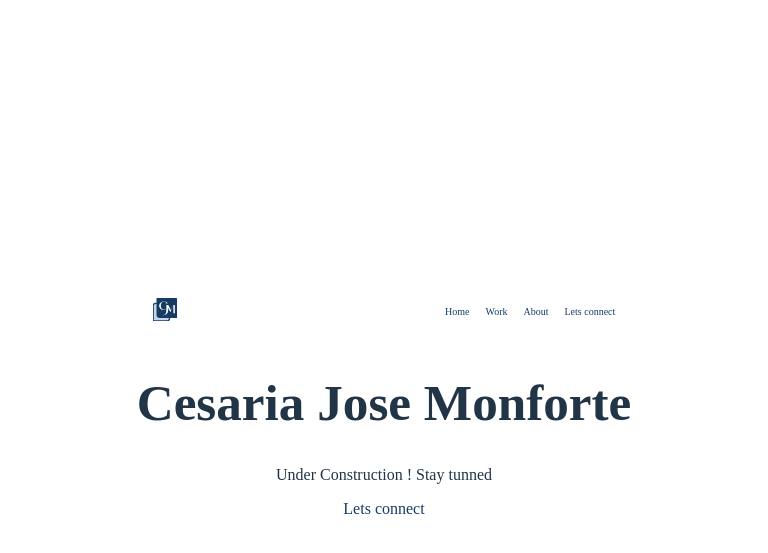
Repository: CesariaMonforte/cesariamonforte
Page: /
An editor plug-in stored every save of this project. The page is shown before and after the next save, followed by the edit.
The browser window is 768 px wide. The pictures show the whole page.
The project was rebuilt for these pictures with package versions that can differ from the ones it lists, and the page was loaded fresh each time. Also part of the build but not shown: vite.config.js.

Above is the page before, as saved 2026-01-25 10:43:35.

### index.html
<!doctype html>
<html lang="en">
  <head>
    <meta charset="UTF-8" />
    <link rel="icon" type="image/svg+xml" href="/Logo.svg" />
    <meta name="viewport" content="width=device-width, initial-scale=1.0" />
    <title>cesariamonforte</title>
  </head>
  <body>
    <div id="root"></div>
    <script type="module" src="/src/main.jsx"></script>
  </body>
</html>

### src/index.css


a {
    font-weight: 500;
    color:  #163C66;
    text-decoration: inherit;
}
a:hover {
    color: #535bf2;
}

body {
    margin: 0;
    display: flex;
    place-items: center;
    min-width: 320px;
    min-height: 100vh;
}

h1 {
    font-size: 3.2em;
    line-height: 1.1;
}

button {
    border-radius: 8px;
    border: 1px solid transparent;
    padding: 0.6em 1.2em;
    font-size: 1em;
    font-weight: 500;
    font-family: inherit;
    background-color: #1a1a1a;
    cursor: pointer;
    transition: border-color 0.25s;
}
button:hover {
    border-color: #646cff;
}
button:focus,
button:focus-visible {
    outline: 4px auto -webkit-focus-ring-color;
}

@media (prefers-color-scheme: light) {
    :root {
        color: #213547;
        background-color: #ffffff;
    }
    a:hover {
        color: #747bff;
    }
    button {
        background-color: #f9f9f9;
    }
}


/* ------------------------------------------------------ VARIABLES ------------------------------------------------------ */
:root {
    /* ----- COLORS ----- */
    --primary-50: #EBF4FE;
    --primary-100: #C0DDFB;
    --primary-200: #A2CCF9;
    --primary-300: #78B5F7;
    --primary-400: #5DA6F5;
    --primary-500: #3590F3;
    --primary-600: #3083DD;
    --primary-700: #2666AD;
    --primary-800: #1D4F86;
    --primary-900: #163C66;

    --secondary-500: #aadc66;
    --secondary-100: #e5f4d0;
    --secondary-700: #799c48;
    /* -- neutral colors -- */

    --bege-500: #fdf7eb;
    --white: #ffffff;
    --black-500: #060606;
    --black-400: #383838;
    --black-300: #585858;
    --black-200: #8c8c8c;
    --black-100: #b2b2b2;
    --black-50: #e6e6e6;

    /* -- warn colors -- */

    --yellow-500: #ffbf00;
    --orange-500: #ff6600;
    --red-500: #ff2f3d;

    /* ----- TYPE ----- */
    --font-family: "Bricolage Grotesque", sans-serif;

    --font-size-extra-large: 88px;
    --font-size-large: 30px;
    --font-size-extra-medium: 24px;
    --font-size-medium: 20px;
    --font-size-regular: 16px;
    --font-size-small: 12px;
    --font-size-extra-small: 10px;

    --font-style-normal: normal;
    --font-weight-bold: bold;

    --line-height-xxlarge: 100px;
    --line-height-large: 36px;
    --line-height-medium: 28px;
    --line-height-small: 20px;

    /* ----- SPACING ----- */
    --space-extra-small: 4px;
    --space-small: 8px;
    --space-regular: 16px;
    --space-medium: 32px;
    --space-large: 48px;
    --space-extra-large: 140px;
}

### src/App.jsx
import { useState } from "react";
import "./App.css";
import NavBar from "./_ui/NavBar/NavBar";

function App() {
    return (
        <>
        <NavBar />

            <div>
                <h1>Cesaria Jose Monforte</h1>
                <p>Under Construction ! Stay tunned</p>
            </div>

            <a
                href='https://www.linkedin.com/in/cesariamonforte/'
                target='_blank'
                rel='noopener noreferrer'>
                Lets connect
            </a>
        </>
    );
}

export default App;

### src/_ui/NavBar/NavBar.jsx
import styles from "./NavBar.module.css";

function NavBar({
}) {

    return (
        <div className={styles.navbar}>

            <div >
            <img src="/Logo.svg" alt="logo" className={styles.logo}/>
            </div>

            <div className={styles.navLinks}>
                <a href="/">Home</a>
                <a href="/">Work</a>
                <a href="/">About</a>
                <div>
                Lets connect
                </div>
            </div>

        </div>

    );
}
export default NavBar;

### src/_ui/NavBar/NavBar.module.css
@media (max-width: 500px) {
    .navbar {
        display: flex;
        flex-direction: row;
        justify-content: space-between;
        align-items: center;
        padding: 1rem;
        background-color: var(--white);
    }
    .navLinks {
        display: flex;
        flex-direction: row;
        justify-content: space-between;
        align-items: center;
        color: var(--primary-900);
        gap: 1rem;
        font-size: var(--font-size-extra-small);
    }
    .logo {
        width: 24px;
        height: auto;
    }
}

@media (max-width: 1000px) {
    .navbar {
        display: flex;
        flex-direction: row;
        justify-content: space-between;
        align-items: center;
        padding: 1rem;
        background-color: var(--white);
    }
    .navLinks {
        display: flex;
        flex-direction: row;
        justify-content: space-between;
        align-items: center;
        color: var(--primary-900);
        gap: 1rem;
        font-size: var(--font-size-small);
    }
    .logo {
        width: 24px;
        height: auto;
    }
}

@media (max-width: 1000px) {
    .navbar {
        display: flex;
        flex-direction: row;
        justify-content: space-between;
        align-items: center;
        padding: 1rem;
        background-color: var(--white);
    }
    .navLinks {
        display: flex;
        flex-direction: row;
        justify-content: space-between;
        align-items: center;
        color: var(--primary-900);
        gap: 1rem;
        font-size: var(--font-size-extra-small);
    }
    .logo {
        width: 24px;
        height: auto;
    }
}

Loaded but not shown: src/main.jsx (common file); src/App.css (common file)

After the next save:
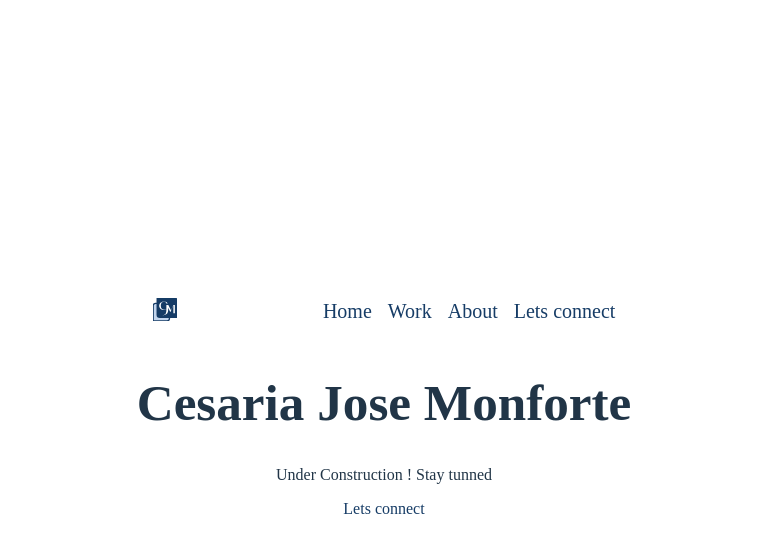
Saved 17 s later.
--- a/src/_ui/NavBar/NavBar.module.css
+++ b/src/_ui/NavBar/NavBar.module.css
@@ -62,7 +62,7 @@
         align-items: center;
         color: var(--primary-900);
         gap: 1rem;
-        font-size: var(--font-size-extra-small);
+        font-size: var(--font-size-medium);
     }
     .logo {
         width: 24px;
